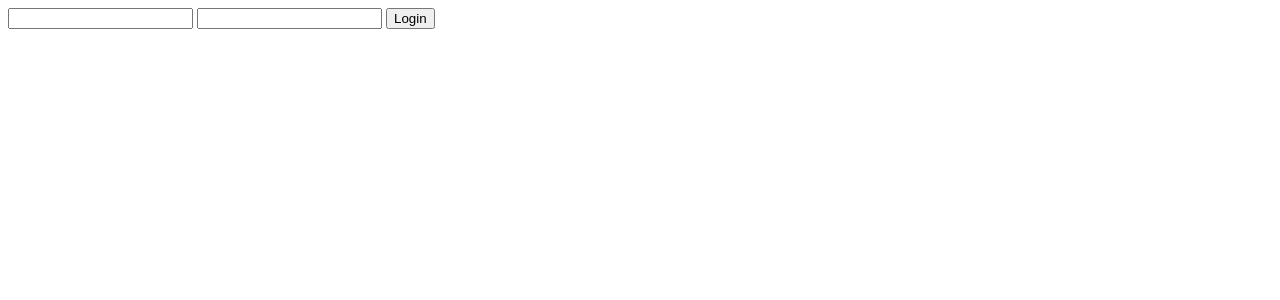
Repository: SriMerla/ServletsAndJsps
Page: http://localhost/ServletsAndJspDemo/login.jsp
The author's editor kept a copy of each file at every save. The page is drawn from the files as they stood at one save, then again after the next save.
The browser window is 1280 px wide. The pictures show the whole page.
The page is served by Tomcat 9.

Above is the page before, as saved 2020-01-27 17:53:28.

After the next save:
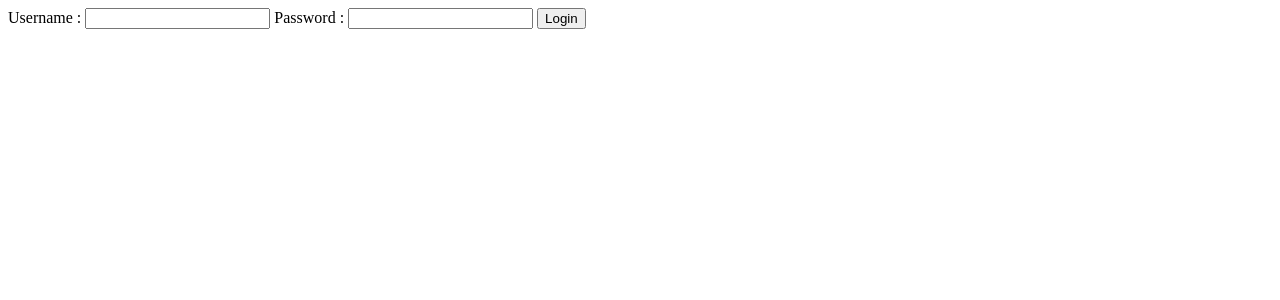
Saved 36 s later.
--- a/Servlets/ServletsAndJspDemo/WebContent/login.jsp
+++ b/Servlets/ServletsAndJspDemo/WebContent/login.jsp
@@ -8,8 +8,8 @@
 </head>
 <body>
 
-    <input type="text" name="username">
-    <input type="password" name="password">
+    Username : <input type="text" name="username">
+    Password : <input type="password" name="password">
     <input type="submit" value="Login">
 
 </body>
